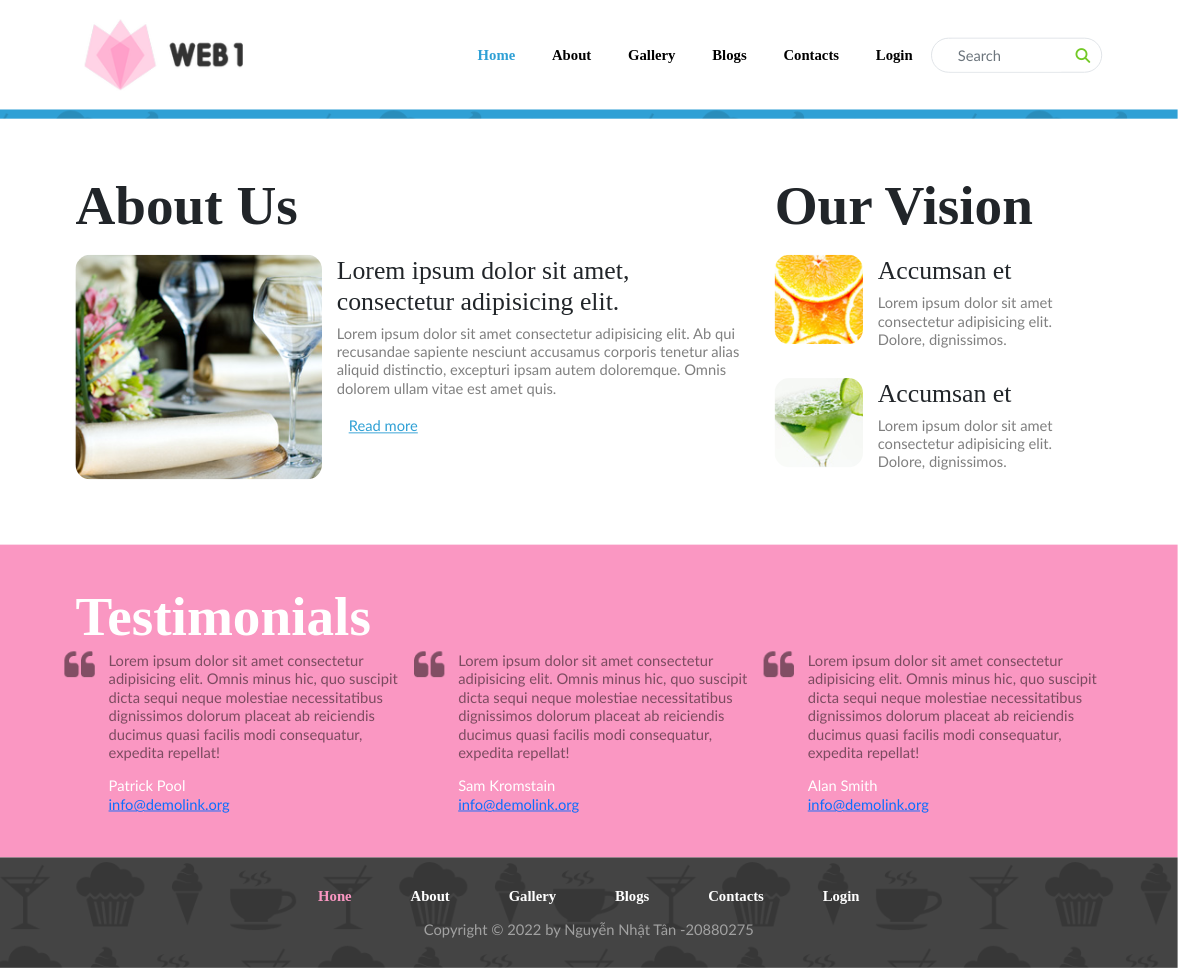
Repository: carembanhkem/web1-20880275
Page: about.html
These files come from the project's save history. The page is drawn as it stood at one moment and after the next save; the edit follows.
The browser window is 1280 px wide. The pictures show the whole page, at 92% of full size.
Some web fonts or font styles are not loaded; a fallback is used. Some web libraries are served in a nearby version.

Above is the page before, as saved 2023-02-06 11:35:39.
Console error: ReferenceError: bootstrap is not defined

### about.html
<!doctype html>
<html lang="en">

<head>
    <title>20880275 - Web1 Project</title>
    <!-- Required meta tags -->
    <meta charset="utf-8">
    <meta name="viewport" content="width=device-width, initial-scale=1, shrink-to-fit=no">
    <!-- Favicon-->
    <link rel="shortcut icon" href="images/favicon.ico" type="image/x-icon">
    <!-- FontAweSome-->
    <script src="https://kit.fontawesome.com/ee054dad92.js" crossorigin="anonymous"></script>
    <!-- Google Fonts -->
    <link rel="preconnect" href="https://fonts.googleapis.com">
    <link rel="preconnect" href="https://fonts.gstatic.com" crossorigin>
    <link href="https://fonts.googleapis.com/css2?family=Changa+One&display=swap" rel="stylesheet">
    <!-- Bootstrap CSS v5.2.1 -->
    <link href="https://cdn.jsdelivr.net/npm/bootstrap@5.2.1/dist/css/bootstrap.min.css" rel="stylesheet"
        integrity="sha384-iYQeCzEYFbKjA/T2uDLTpkwGzCiq6soy8tYaI1GyVh/UjpbCx/TYkiZhlZB6+fzT" crossorigin="anonymous">
    <link rel="stylesheet" href="css/20880275.css">
</head>

<body>
    <header class="container">
        <nav class="navbar navbar-expand-sm navbar-light">
            <a class="navbar-brand" href="#">
                <img src="images/logo.png" alt="Web1 Logo">
            </a>
            <button class="navbar-toggler d-lg-none" type="button" data-bs-toggle="collapse" data-bs-target="#menu-header" aria-controls="menu-header"
                aria-expanded="false" aria-label="Toggle navigation"></button>
            <div class="collapse navbar-collapse" id="menu-header">
                <ul class="navbar-nav ms-auto mt-2 mt-lg-0">
                    <li class="nav-item">
                        <a class="nav-link active" href="index.html" aria-current="page">Home <span class="visually-hidden">(current)</span></a>
                    </li>
                    <li class="nav-item">
                        <a class="nav-link" href="about.html">About</a>
                    </li>
                    <li class="nav-item">
                        <a class="nav-link" href="gallery.html">Gallery</a>
                    </li>
                    <li class="nav-item">
                        <a class="nav-link" href="blogs.html">Blogs</a>
                    </li>
                    <li class="nav-item">
                        <a class="nav-link" href="contact.html">Contacts</a>
                    </li>
                    <li class="nav-item">
                        <a class="nav-link" href="#" data-bs-toggle="modal" data-bs-target="#modalLogin">Login</a>
                    </li>
                </ul>
                <form class="d-flex my-2 my-lg-0 border rounded-pill" id="formSearch">
                    <input class="form-control border-0 ms-3" type="text" placeholder="Search">
                    <button class="btn my-2 my-sm-0 border-0" type="submit"><i class="fa-solid fa-magnifying-glass"></i></button>
                </form>
            </div>
        </nav>
    </header>

    <section id="banner-small">

    </section>

    <section class="container py-5">
        <div class="row">
            <div class="col-md-8">
                <h1 class="py-3">About Us</h1>
                <div>
                    <img src="images/about-1.jpg" alt="About us" class="float-start rounded-4 me-3">
                    <h3>Lorem ipsum dolor sit amet, consectetur adipisicing elit.</h3>
                    <p class="text-black-50">Lorem ipsum dolor sit amet consectetur adipisicing elit. Ab qui recusandae sapiente nesciunt accusamus corporis tenetur alias aliquid distinctio, excepturi ipsam autem doloremque. Omnis dolorem ullam vitae est amet quis.</p>
                    <a href="#" class="btn btn-link readmore">Read more</a>
                </div>
            </div>
            <div class="col-md-4 col-sm-12">
                <h1 class="py-3">Our Vision</h1>
                <div class="clearfix mb-3">
                    <img src="images/vision/vision-1.jpg" alt="vision1" class="float-start me-3 rounded-4">
                    <h3>Accumsan et</h3>
                    <p class="text-black-50">Lorem ipsum dolor sit amet consectetur adipisicing elit. Dolore, dignissimos.</p>
                </div>
                <div class="clearfix mb-3">
                    <img src="images/vision/vision-2.jpg" alt="vision1" class="float-start me-3 rounded-4">
                    <h3>Accumsan et</h3>
                    <p class="text-black-50">Lorem ipsum dolor sit amet consectetur adipisicing elit. Dolore, dignissimos.</p>
                </div>
            </div>
        </div>
    </section>
    <!-- Testimonials-->
    <section class="container-fluid py-5" id="testimonials">
        <div class="container">
            <h1 class="text-white">Testimonials</h1>
            <div class="row">
                <div class="col">
                    <p class="text-black-50">Lorem ipsum dolor sit amet consectetur adipisicing elit. Omnis minus hic, quo suscipit dicta sequi neque molestiae necessitatibus dignissimos dolorum placeat ab reiciendis ducimus quasi facilis modi consequatur, expedita repellat!</p>
                    <span class="text-white">Patrick Pool</span><br>
                    <a href="#">info@demolink.org</a>
                </div>
                <div class="col">
                    <p class="text-black-50">Lorem ipsum dolor sit amet consectetur adipisicing elit. Omnis minus hic, quo suscipit dicta sequi neque molestiae necessitatibus dignissimos dolorum placeat ab reiciendis ducimus quasi facilis modi consequatur, expedita repellat!</p>
                    <span class="text-white">Sam Kromstain</span><br>
                    <a href="#">info@demolink.org</a>
                </div>
                <div class="col">
                    <p class="text-black-50">Lorem ipsum dolor sit amet consectetur adipisicing elit. Omnis minus hic, quo suscipit dicta sequi neque molestiae necessitatibus dignissimos dolorum placeat ab reiciendis ducimus quasi facilis modi consequatur, expedita repellat!</p>
                    <span class="text-white">Alan Smith</span><br>
                    <a href="#">info@demolink.org</a>
                </div>
            </div>
        </div>
    </section>

    <!-- Footer -->
    <footer class="text-center container-fluid text-white py-3">
        <ul class="nav justify-content-center py-3" id="menu-footer">
            <li class="nav-item">
                <a class="nav-link active" href="#" aria-current="page">Hone</a>
            </li>
            <li class="nav-item">
                <a class="nav-link" href="about.html">About</a>
            </li>
            <li class="nav-item">
                <a class="nav-link" href="gallery.html">Gallery</a>
            </li>
            <li class="nav-item">
                <a class="nav-link" href="blogs.html">Blogs</a>
            </li>
            <li class="nav-item">
                <a class="nav-link" href="contact.html">Contacts</a>
            </li>
            <li class="nav-item">
                <a class="nav-link" href="#" data-bs-toggle="modal" data-bs-target="#modalLogin">Login</a>
            </li>
        </ul>
        <p class="text-white-50">Copyright &copy; 2022 by  Nguyễn Nhật Tân -20880275</p>
    </footer>

    <!-- Modal Body -->
    <!-- if you want to close by clicking outside the modal, delete the last endpoint:data-bs-backdrop and data-bs-keyboard -->
    <div class="modal fade" id="modalLogin" tabindex="-1" data-bs-backdrop="static" data-bs-keyboard="false" role="dialog" aria-labelledby="modalTitleId" aria-hidden="true">
        <div class="modal-dialog modal-dialog-scrollable modal-dialog-centered modal-sm" role="document">
            <div class="modal-content">
                <div class="modal-header">
                    <button type="button" class="btn-close" data-bs-dismiss="modal" aria-label="Close"></button>
                </div>
                <div class="modal-body">
                    <form action="#" method="post" id="formLogin">
                        <h3 class="text-center">Login Form</h3>
                        <div class="mb-3">
                            <input type="text" name="username" id="username" placeholder="Username" class="form-control">
                        </div>
                        <div class="mb-3">
                            <input type="password" name="password" id="password" placeholder="Password" class="form-control">
                        </div>
                        <button type="submit" class="form-control btn">Login</button>
                    </form>
                </div>
                <div class="modal-footer">

                </div>
            </div>
        </div>
    </div>


    <!-- Optional: Place to the bottom of scripts -->
    <script>
        const myModal = new bootstrap.Modal(document.getElementById('modalLogin'), options)

    </script>

    <!-- Boostrap JavaScript Libraries -->
    <script src="https://cdn.jsdelivr.net/npm/@popperjs/core@2.11.6/dist/umd/popper.min.js"
        integrity="sha384-oBqDVmMz9ATKxIep9tiCxS/Z9fNfEXiDAYTujMAeBAsjFuCZSmKbSSUnQlmh/jp3" crossorigin="anonymous">
    </script>

    <script src="https://cdn.jsdelivr.net/npm/bootstrap@5.2.1/dist/js/bootstrap.min.js"
        integrity="sha384-7VPbUDkoPSGFnVtYi0QogXtr74QeVeeIs99Qfg5YCF+TidwNdjvaKZX19NZ/e6oz" crossorigin="anonymous">
    </script>
</body>

</html>

### css/20880275.css
:root {
    --web1-pink: #FA97C2;
    --web1-blue: #2FA0D5;
    --web1-green: #73C926;
}

body {
    font-family: 'Trebuchet MS', Arial, Helvetica, sans-serif;
    font-size: 16px;
    line-height: 20px;
}

h1, h2, h3, h4 {
    font-family: 'Changa One', cursive;
    font-weight: 400;
}

h1 {
    font-size: 60px;
    line-height: 60px;
    font-weight: 900;
}

/* Header */
#menu-header a {
    display: block;
    padding: 0 1.25rem;
    font-weight: bold;
    color: black;
    font-family: 'Changa One', cursive;
}
#menu-header a.active {
    color: var(--web1-blue);
}

#formSearch input {
    width: 8rem;
}

#formSearch i {
    color: var(--web1-green);
}

/* Banner */
#banner {
    background-image: url('../images/bg-banner.gif');
}

#banner > div {
    background: url('../images/logo_bg.png') left top no-repeat, url('../images/search_bg.png') right top no-repeat;
    padding: 5rem 0  3rem 0;
}

#banner a {
    background-color: var(--web1-pink);
    font-family: 'Changa One', cursive;
    font-size: 2rem;
}

#banner .carousel-item {
    min-height: 15rem; /*Do chieu cao khong co dinh nen minheight bang cai lon nhat de ko bi xe dich*/
}

#banner .carousel-indicators li {
    width: 1.2rem;
    height: 1.2rem;
    border-radius: 1.2rem; /* de no thanh hinh tron*/
    border: none; /* de no thanh hinh tron vi width = height = border radius*/
    margin: 0 0.25rem;
    position: relative;
}

#banner .carousel-indicators li span {
    position: absolute;
    top: 0.3rem;
    left: 0.3rem;
    width: 0.6rem;
    height: 0.6rem;
    border-radius: 0.6rem;
    border: none;
    text-align:left;
    text-indent: -9999px;
}

#banner .carousel-indicators li.active span{
    background-color: var(--web1-green);
}

/* banner small */
#banner-small {
    background-image: url(../images/bg-banner.gif);
    padding: 5px;
}

/* products */
.readmore {
    color: var(--web1-blue);
    margin-top: -4px;
}

.web1-text-blue {
    color: var(--web1-blue);
}

/* about us */
#aboutus {
    background-color: var(--web1-pink);
}
/* Testimonials */
#testimonials {
    background-color: var(--web1-pink);
}
#testimonials .col {
    background: url("../images/quot.png") left top no-repeat;
    padding-left: 3rem;
}

#formSignUp {
    border-style: dashed !important;
    border-color: rgba(0,0,0,0.5) !important;
}

/* news */
#news .date {
    background-color: var(--web1-green);
    width: 6rem;
    padding: 1.5rem;
}

/* Footer*/
footer {
    background-image: url('../images/bg-footer.gif');
}

#menu-footer a {
    color: white;
    font-weight: bold;
    font-family: 'Changa One', cursive;
    display: block;
    padding: 0 2rem;
}

#menu-footer a.active {
    color: var(--web1-pink);
}

/* Modal Login*/
#formLogin button[type="submit"]{
    background-color: var(--web1-blue);
    color: white;
}

After the next save:
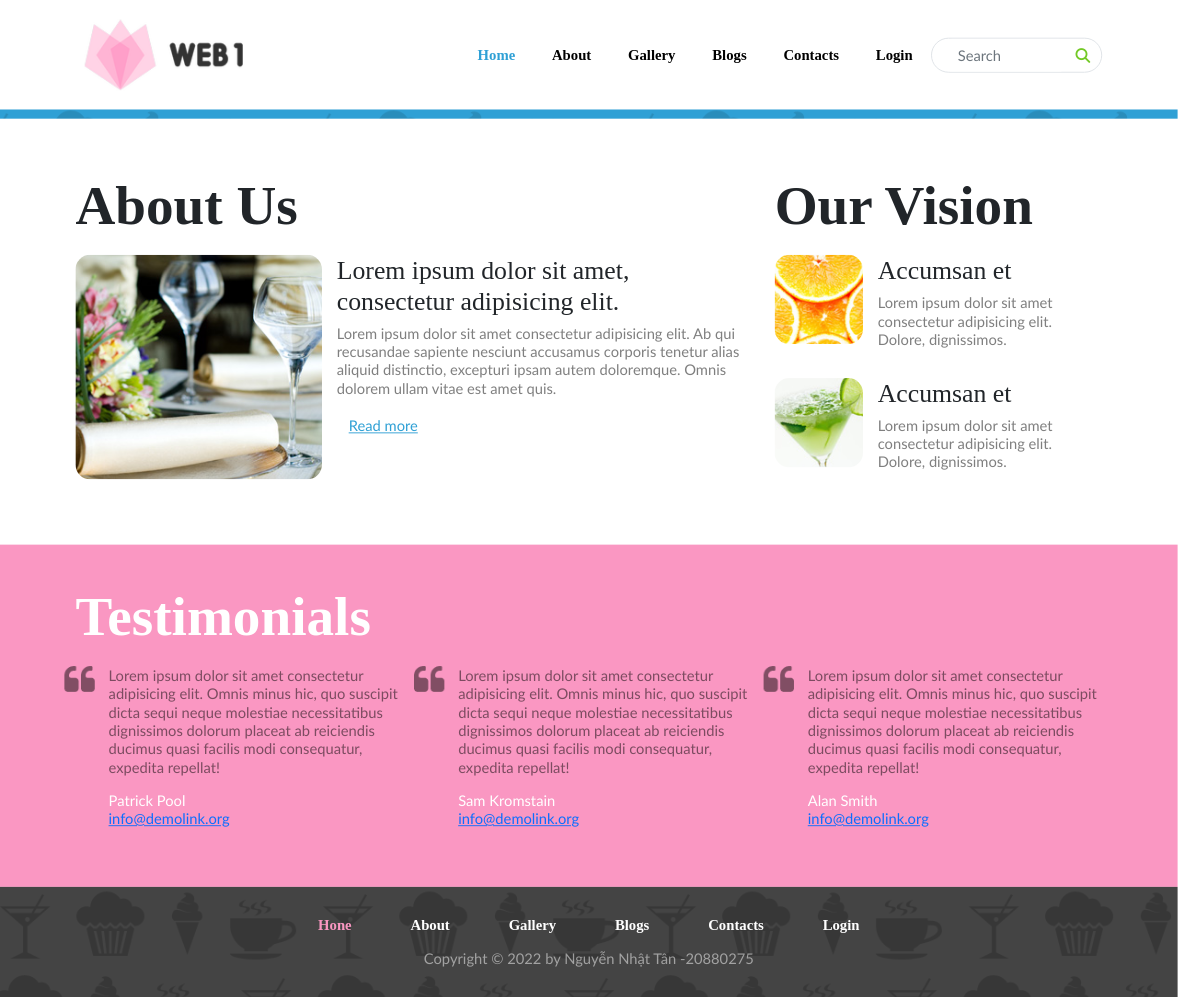
Saved 21 s later.
--- a/about.html
+++ b/about.html
@@ -91,7 +91,7 @@
     <section class="container-fluid py-5" id="testimonials">
         <div class="container">
             <h1 class="text-white">Testimonials</h1>
-            <div class="row">
+            <div class="row py-3">
                 <div class="col">
                     <p class="text-black-50">Lorem ipsum dolor sit amet consectetur adipisicing elit. Omnis minus hic, quo suscipit dicta sequi neque molestiae necessitatibus dignissimos dolorum placeat ab reiciendis ducimus quasi facilis modi consequatur, expedita repellat!</p>
                     <span class="text-white">Patrick Pool</span><br>
